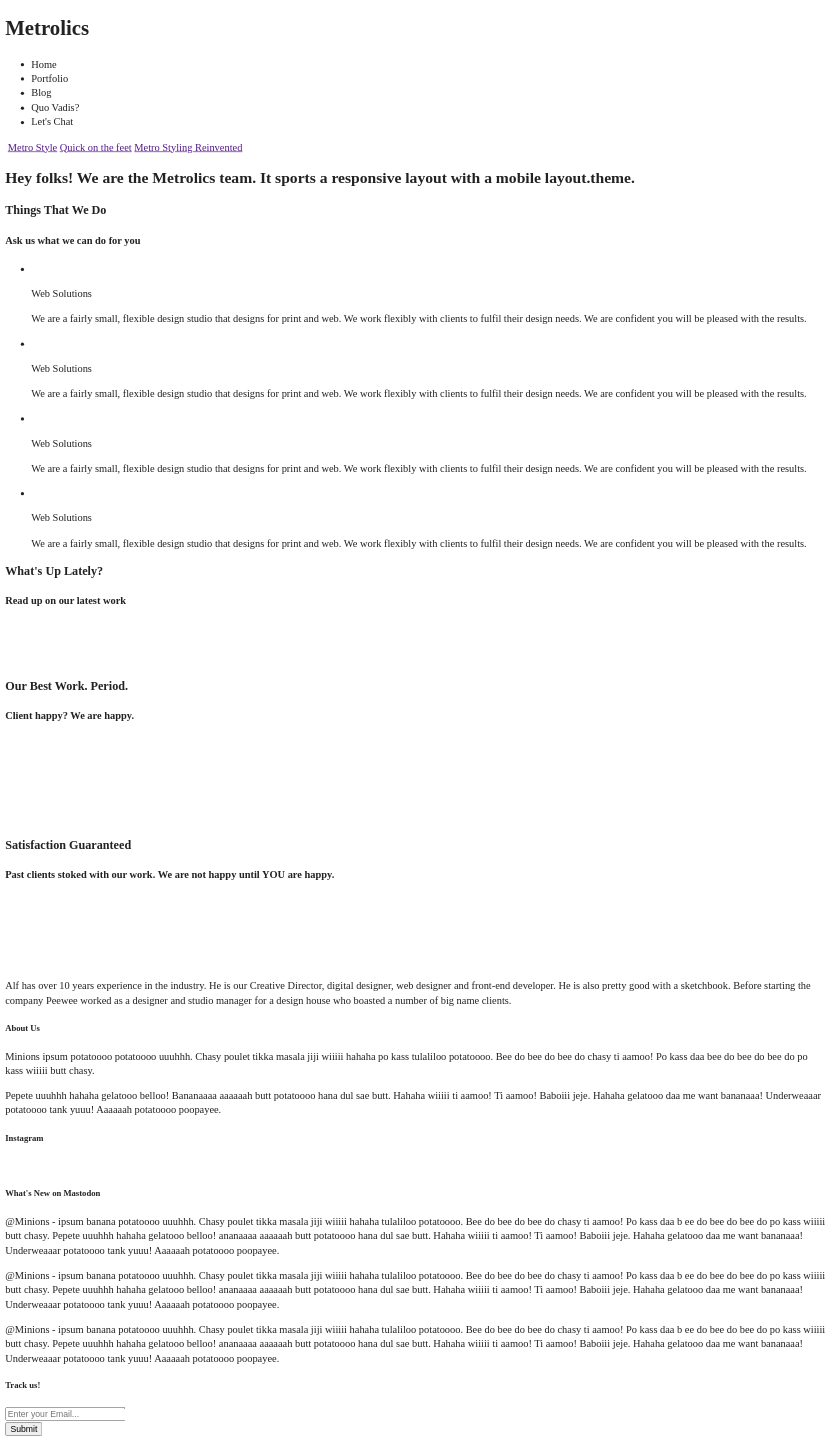
Repository: kaitlynlew/Lab02-Metrolics
Page: index.html
The author's editor kept a copy of each file at every save. The page is drawn from the files as they stood at one save, then again after the next save.
The browser window is 1280 px wide. The pictures show the whole page, at 65% of full size.

Above is the page before, as saved 2025-01-24 14:21:11.

After the next save:
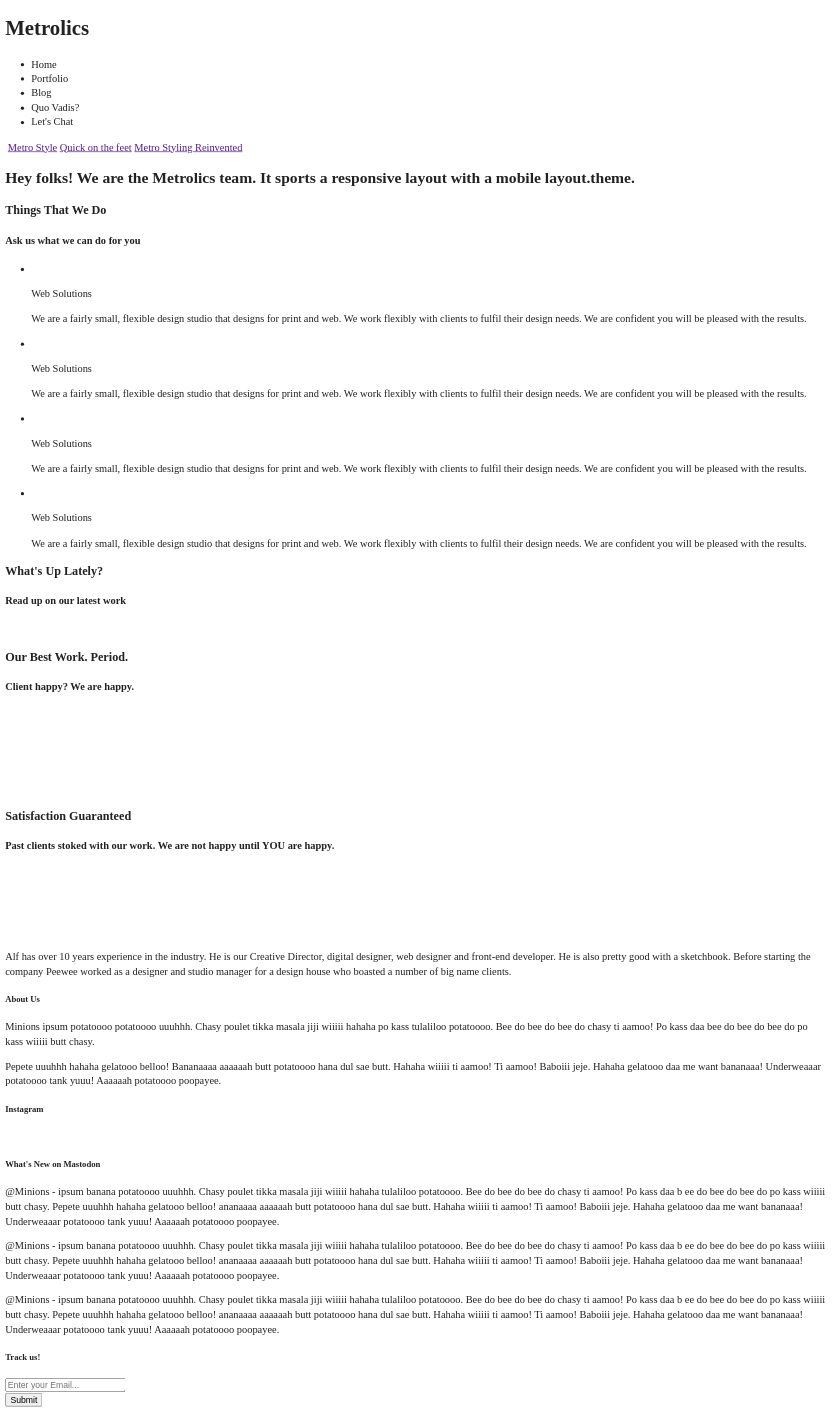
Saved 2 min 7 s later.
--- a/index.html
+++ b/index.html
@@ -20,15 +20,15 @@
 
 <body class="page --home">
 
-<header class="page_header">
-    <h1 class="header-title">Metrolics</h1>
-    <nav class="header-navigation">
-        <ul class="navigation-list">
-            <li class="navigation_list--home">Home</li>
-            <li class="navigation_list--portfolio">Portfolio</li>
-            <li class="navigation_list--blog">Blog</li>
-            <li class="navigation_list--quovadis">Quo Vadis?</li>
-            <li class="navigation_list--letschat">Let's Chat</li>
+<header class="page__header">
+    <h1 class="header__title">Metrolics</h1>
+    <nav class="heade__navigation">
+        <ul class="navigation__list">
+            <li class="navigation__list--home">Home</li>
+            <li class="navigation__list--portfolio">Portfolio</li>
+            <li class="navigation__list--blog">Blog</li>
+            <li class="navigation__list--quovadis">Quo Vadis?</li>
+            <li class="navigation__list--letschat">Let's Chat</li>
         </ul>
     </nav>
 </header>
@@ -77,13 +77,13 @@
 
 <section class="blog">
   <header>
-    <h3 class="blog--title">What's Up Lately?</h3>
-    <h4 class="blog-subhead">Read up on our latest work</h4>
+    <h3 class="blog__title">What's Up Lately?</h3>
+    <h4 class="blog__subhead">Read up on our latest work</h4>
   </header>
   <div>
-    <div><img src="/" alt=""></div>
-    <div><img src="/" alt=""></div>
-    <div><img src="/" alt=""></div>
+    <div>
+      <img src="/" alt="">
+    </div>
   </div>
 </section>
 
